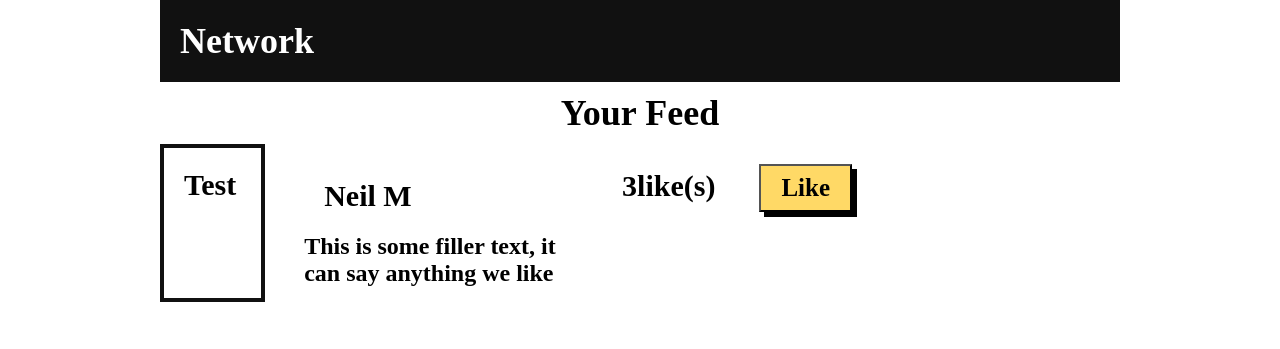
Repository: Blender20/liking_likes
Page: index.html
The author's editor kept a copy of each file at every save. The page is drawn from the files as they stood at one save, then again after the next save.
The browser window is 1280 px wide. The pictures show the whole page.
Some web fonts or font styles are not loaded; a fallback is used.

Above is the page before, as saved 2022-03-29 22:57:14.

### index.html
<!DOCTYPE html>
<html lang="en">

<head>
  <meta charset="UTF-8">
  <meta http-equiv="X-UA-Compatible" content="IE=edge">
  <meta name="viewport" content="width=device-width, initial-scale=1.0">
  <link rel="stylesheet" href="style.css">
  <title>Document</title>
</head>

<body>
  <nav>
    <h1>Network</h1>
  </nav>
  <div class="feed">
    <h1>Your Feed</h1>
  </div>
  <div class="container flex">
    <div class="leftColumn">
      <h3>Test</h2>
    </div>
    <div class="stack  flex">
      <!-- <div class="rightColumn "> -->

        <div class="user ">

          <h3>Neil M</h3>
          <h2>This is some filler text, it can say anything we like</h2>

        </div>
        <div class="right">
          <h3 ><span id="likeCount">3</span> like(s)</h3>
          <button onclick="addLike()" id="like">Like</button>

        </div>
    </div>
    </div>
    </div>
  </div>
  <script src="script.js"></script>
</body>

</html>

### style.css
@import url('https://fonts.googleapis.com/css2?family=Balsamiq+Sans:ital,wght@0,400;0,700;1,700&display=swap');
  *{
  padding: 0;
  margin: 0;
  box-sizing: border-box;
  font-family: 'Balsamiq Sans', cursive;
}

.flex {
  display: flex;
  justify-content: space-between;
  align-self: center;
  gap:1.5em;
}
nav{
  min-height: 70px;
  background-color: #111;
  display: block;
  width: 75%;
  margin: 0 auto;

  color: #fff;
  font-family: "balsamiq Sans";
  padding: 10px
}
.container {
  margin: 0 auto;
  width: 75%
}

 .leftColumn{
  border: 4px solid #111;
  margin-top: 50px;

  flex:1;
  margin: 0 auto;
 }

.staCK {
  border: 4px solid #111;
  margin-top: 50px;
  /* width:550px; */
  /* flex:2; */
  margin: 0 auto;
}
.right {
  flex: 2;
  justify-self: space-between;
}
.user{
  padding: 15px ;
  flex:1;

  margin: auto 0;
}
h1 {

  font-size: 36px;
  padding: 10px;
}
.feed {
  text-align: center;
  justify-content: center;
}
h3 {
  padding: 20px;
  font-size: 30px;
  display:inline-flex


}
#like {
  background-color: #FFD966;
  padding: 8px 20px;
  margin: 20px;
  font-weight: 900;
  font-size: 25px;
  box-shadow: 5px 5px;
  align-self: end;
}

### script.js
var likeCount = document.querySelector('#likeCount')
console.log(likeCount)
function addLike() {

  likeCount.innerText++;

}

After the next save:
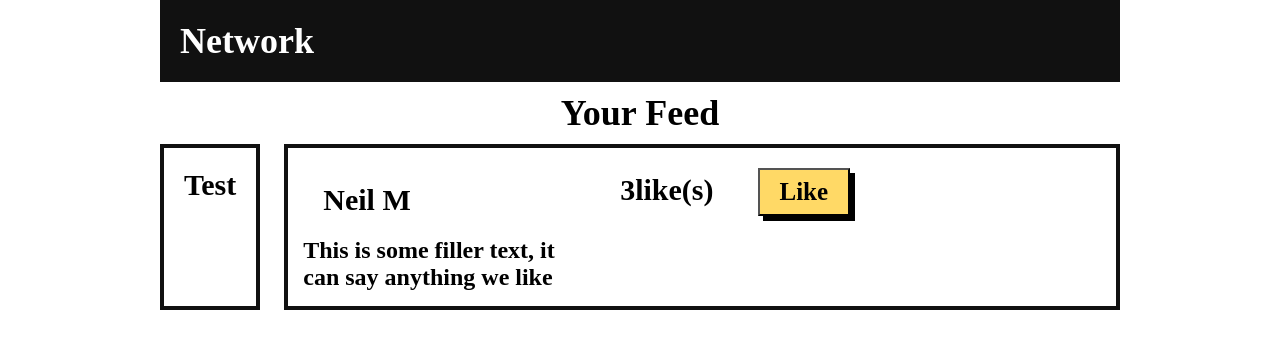
Saved 5 s later.
--- a/style.css
+++ b/style.css
@@ -36,7 +36,7 @@ nav{
   margin: 0 auto;
  }
 
-.staCK {
+.stack {
   border: 4px solid #111;
   margin-top: 50px;
   /* width:550px; */
